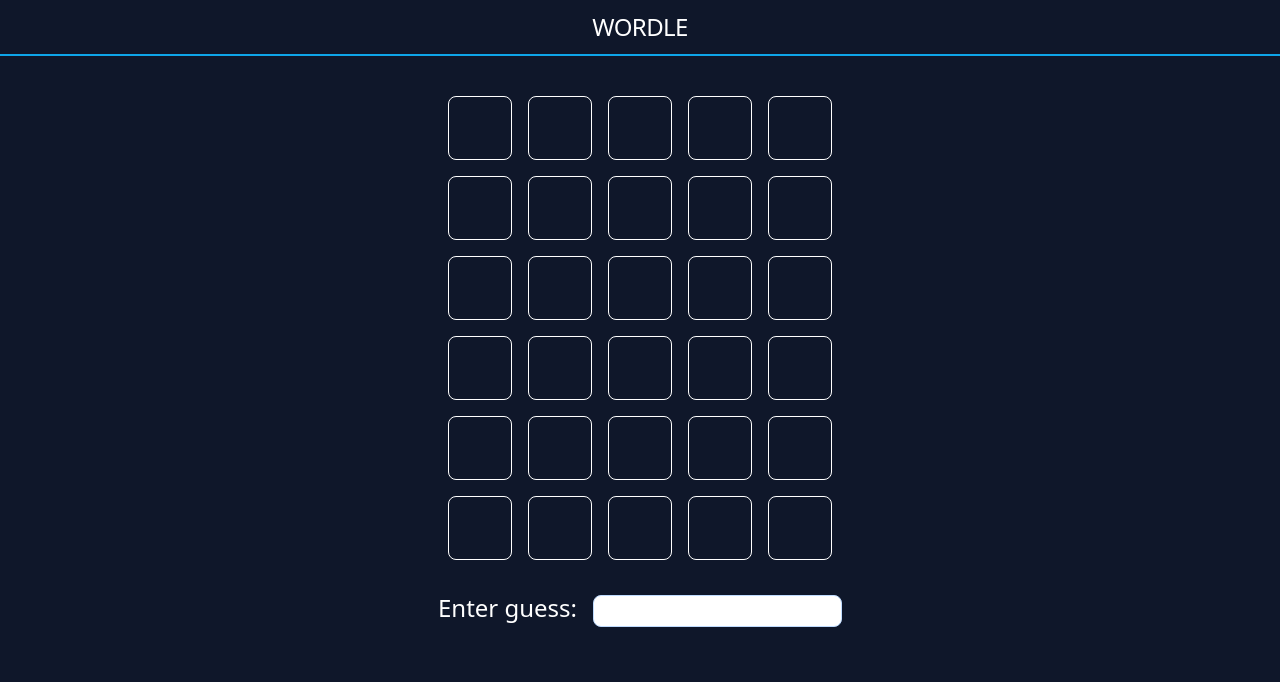
Repository: hjubsoni/basic-wordle-game
Page: / (app in client/)
These files come from the project's save history. The page is drawn as it stood at one moment and after the next save; the edit follows.
The browser window is 1280 px wide. The pictures show the whole page.
The page's requests for data from a server got no answer. The project was rebuilt for these pictures with package versions that can differ from the ones it lists, and the page was loaded fresh each time. No one was signed in, and anything a server would have sent is missing. Also part of the build but not shown: client/vite.config.ts.

Above is the page before, as saved 2023-01-27 16:52:31.

After the next save:
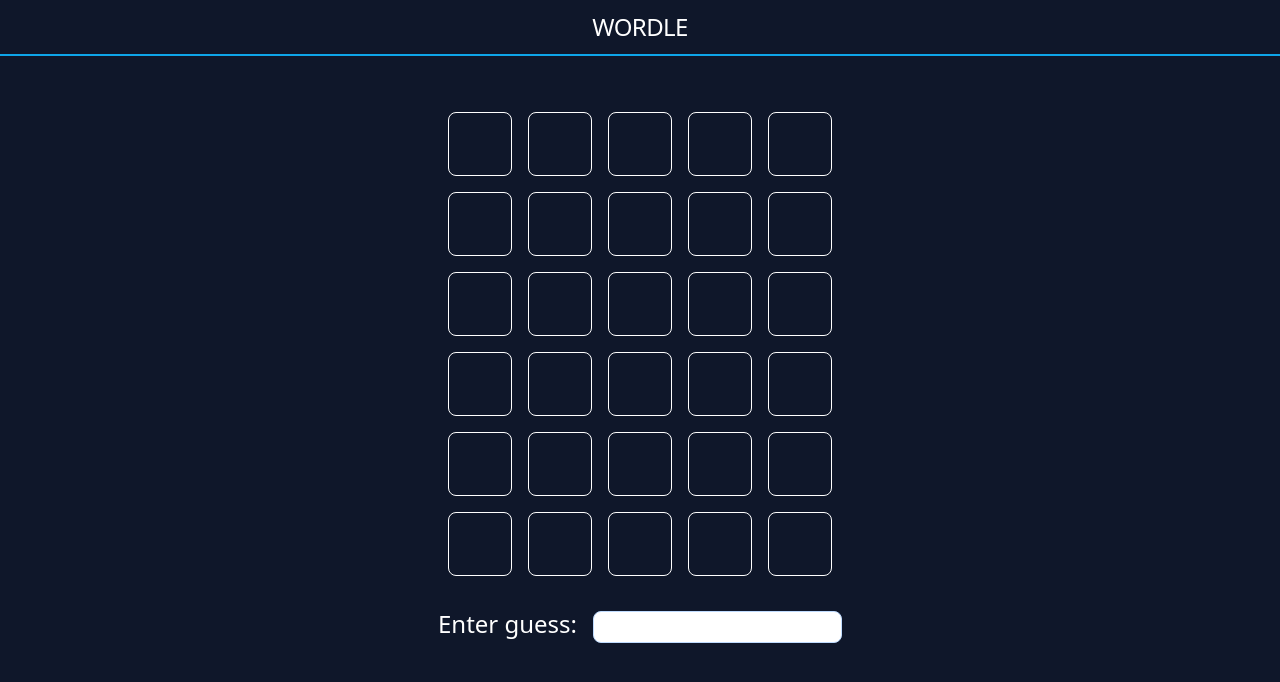
Saved 66 s later.
--- a/client/src/components/Game/Game.tsx
+++ b/client/src/components/Game/Game.tsx
@@ -27,7 +27,7 @@
   }, []);
 
   return (
-    <main className="flex items-center justify-center flex-col gap-8">
+    <main className="flex items-center justify-center flex-col gap-8 p-4">
       <div className="flex gap-4 flex-col max-w-sm w-full rouded-lg mt-10">
         {guessedWords.map((row, rowIdx) => {
           return (
